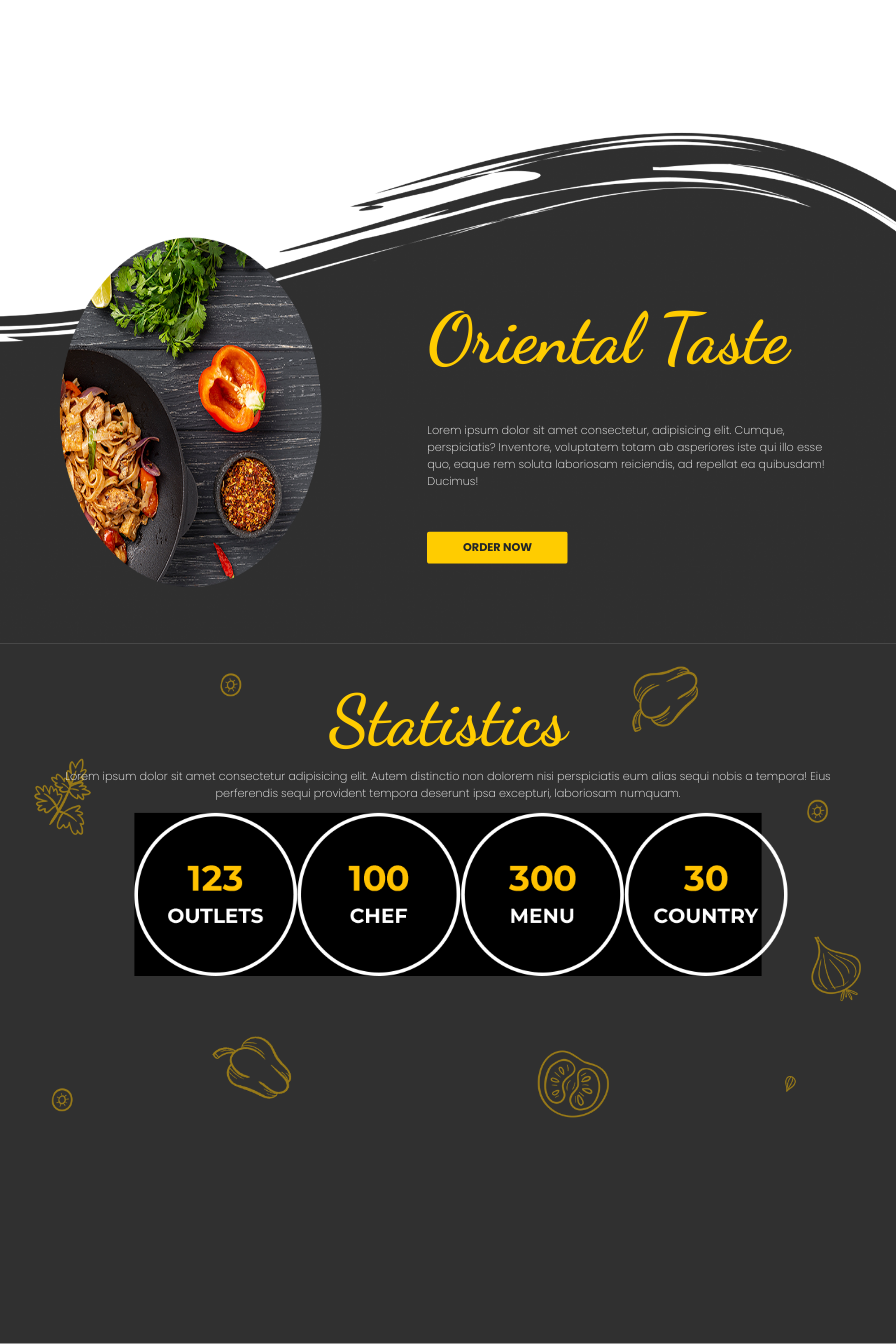
Repository: iphoneboy46/templateRestaurent
Page: index.html
The author's editor kept a copy of each file at every save. The page is drawn from the files as they stood at one save, then again after the next save.
The browser window is 1280 px wide. The pictures show the part of the page from y = 1665 to 3585 px (the page is 3585 px tall), at 70% of full size.

Above is the page before, as saved 2022-10-12 16:16:52.

After the next save:
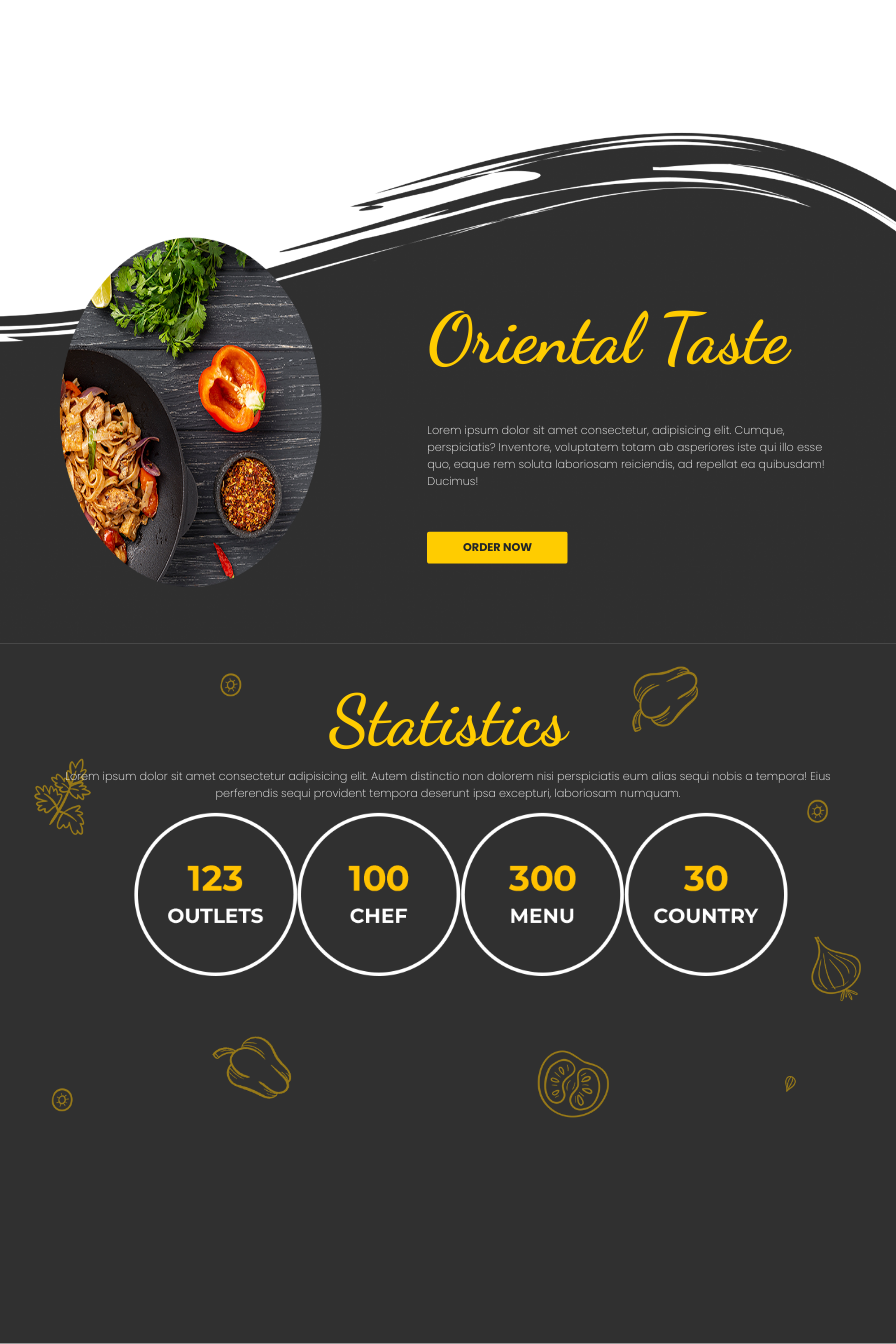
Saved 6 s later.
--- a/style.css
+++ b/style.css
@@ -195,8 +195,7 @@
 .section__Statistics--img{
     width: 70%;
     margin: auto;
-    background: #000;
-    display: flex;
-    justify-content: space-between;
-    align-items: center;
-}
+    display: flex;
+    justify-content: space-between;
+    align-items: center;
+}
